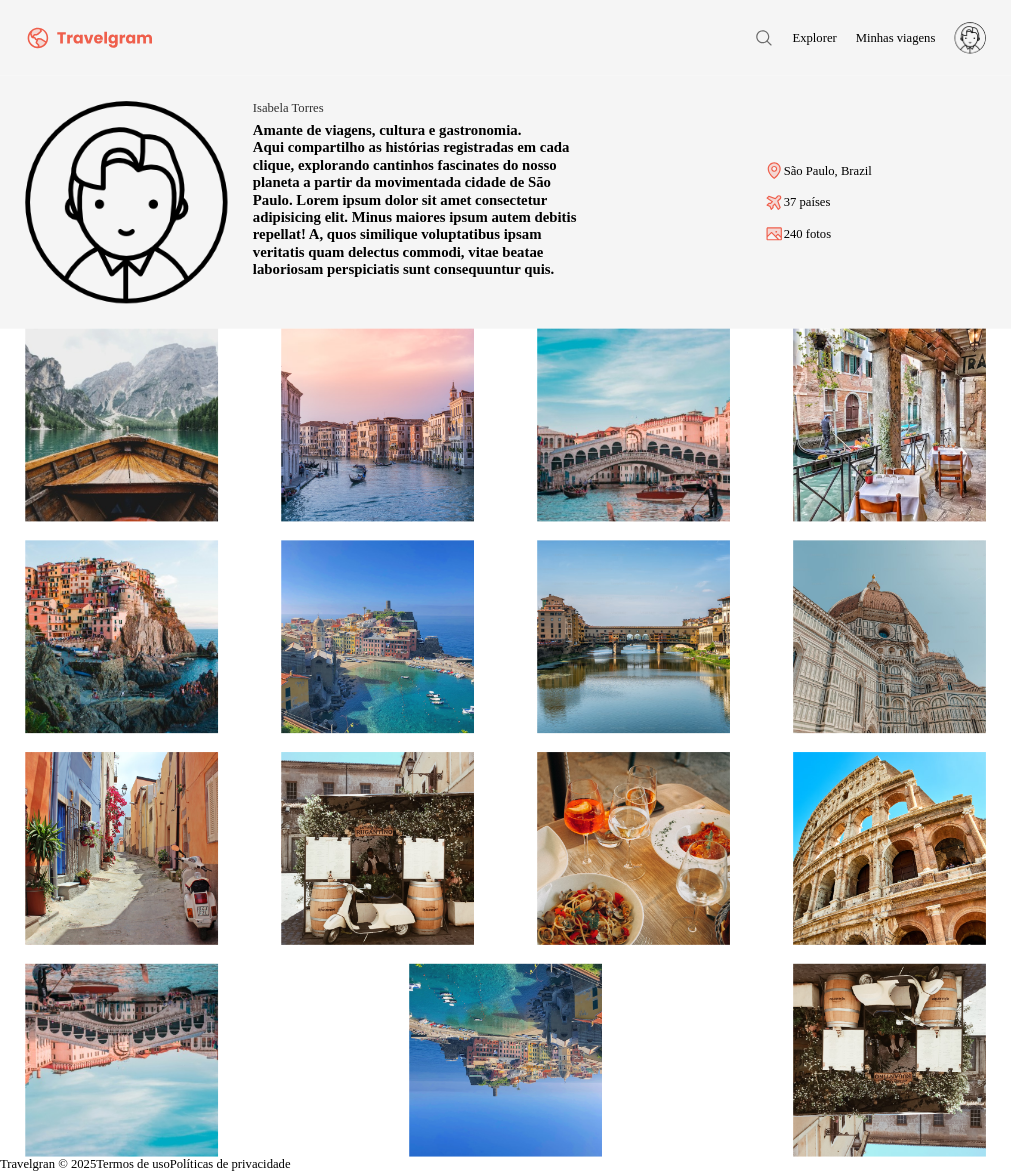
Repository: JeffRodFer/projeto-Travelgran-Rockeseat
Page: index.html
The author's editor kept a copy of each file at every save. The page is drawn from the files as they stood at one save, then again after a run of saves.
The browser window is 1280 px wide. The pictures show the whole page, at 79% of full size.

Above is the page before, as saved 2025-03-22 21:09:24.

After the next 3 saves:
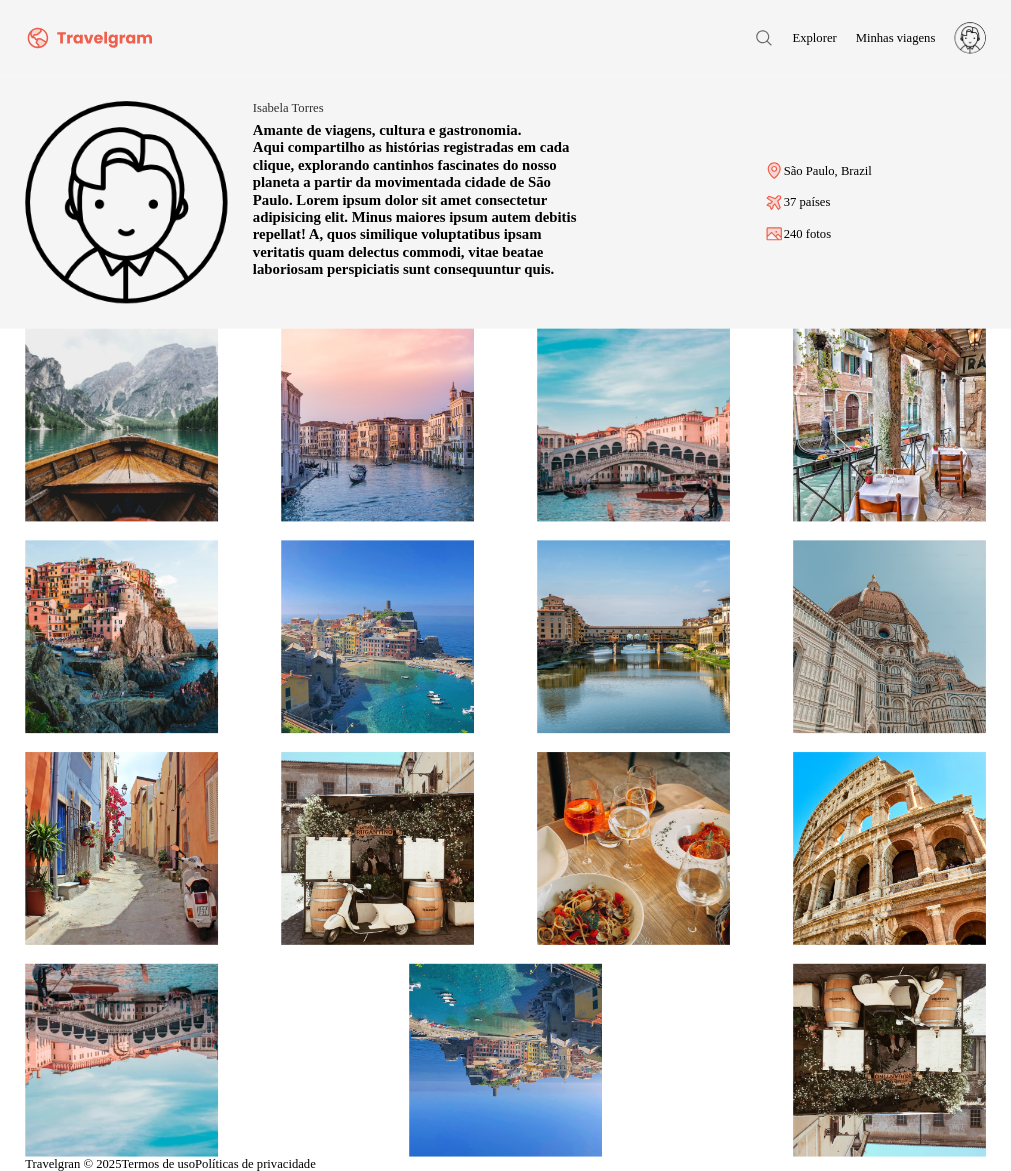
The 3 saves are shown as one change because they came seconds apart.
The last was saved 114 min 53 s later.
--- a/index.html
+++ b/index.html
@@ -79,7 +79,7 @@
             <img src="assets/images/Image 15.png" alt="...">
         </main>
     </body>
-    <footer>
+    <footer class="container">
         <span>
             Travelgran &copy; 2025
         </span>
